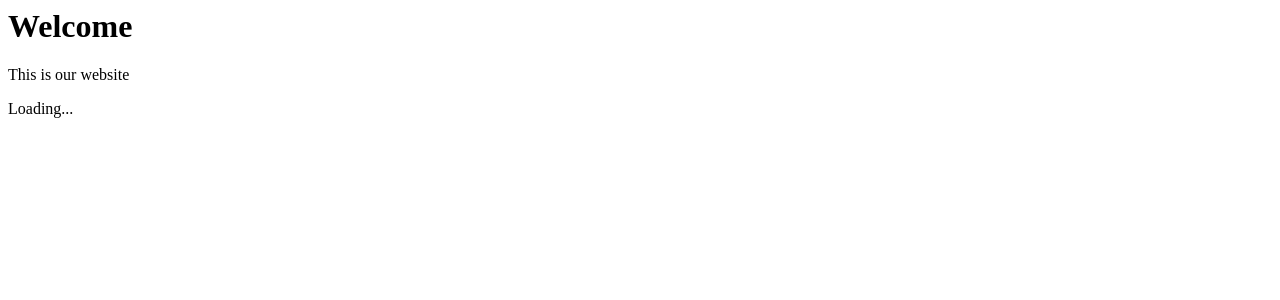
Repository: andajonas/IWA_Challenges
Page: Challenge 2/Challenge d/index.html
An editor plug-in stored every save of this project. The page is shown before and after the next save, followed by the edit.
The browser window is 1280 px wide. The pictures show the whole page.

Above is the page before, as saved 2025-05-15 10:27:43.

After the next save:
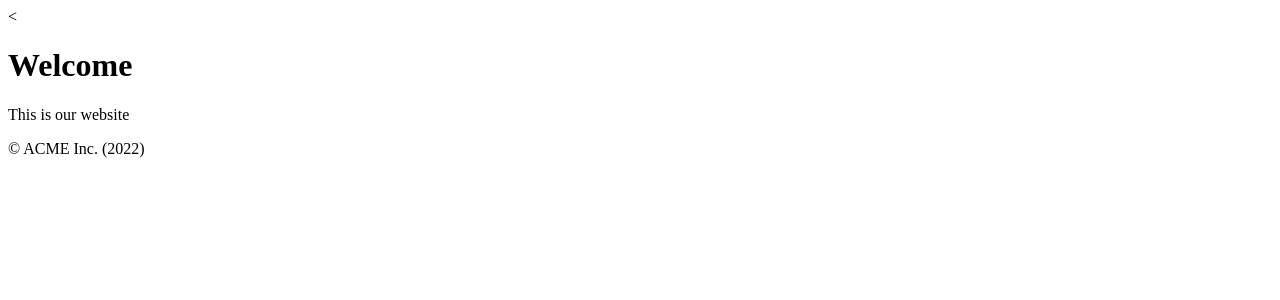
Saved 92 s later.
--- a/Challenge 2/Challenge d/index.html
+++ b/Challenge 2/Challenge d/index.html
@@ -1,6 +1,6 @@
 <html>
 <head>
-	<script scr="./script.js" defer type="module"></script>
+	<<script src="./script.js" defer type="module"></script>
 </head>
 
 <body>
